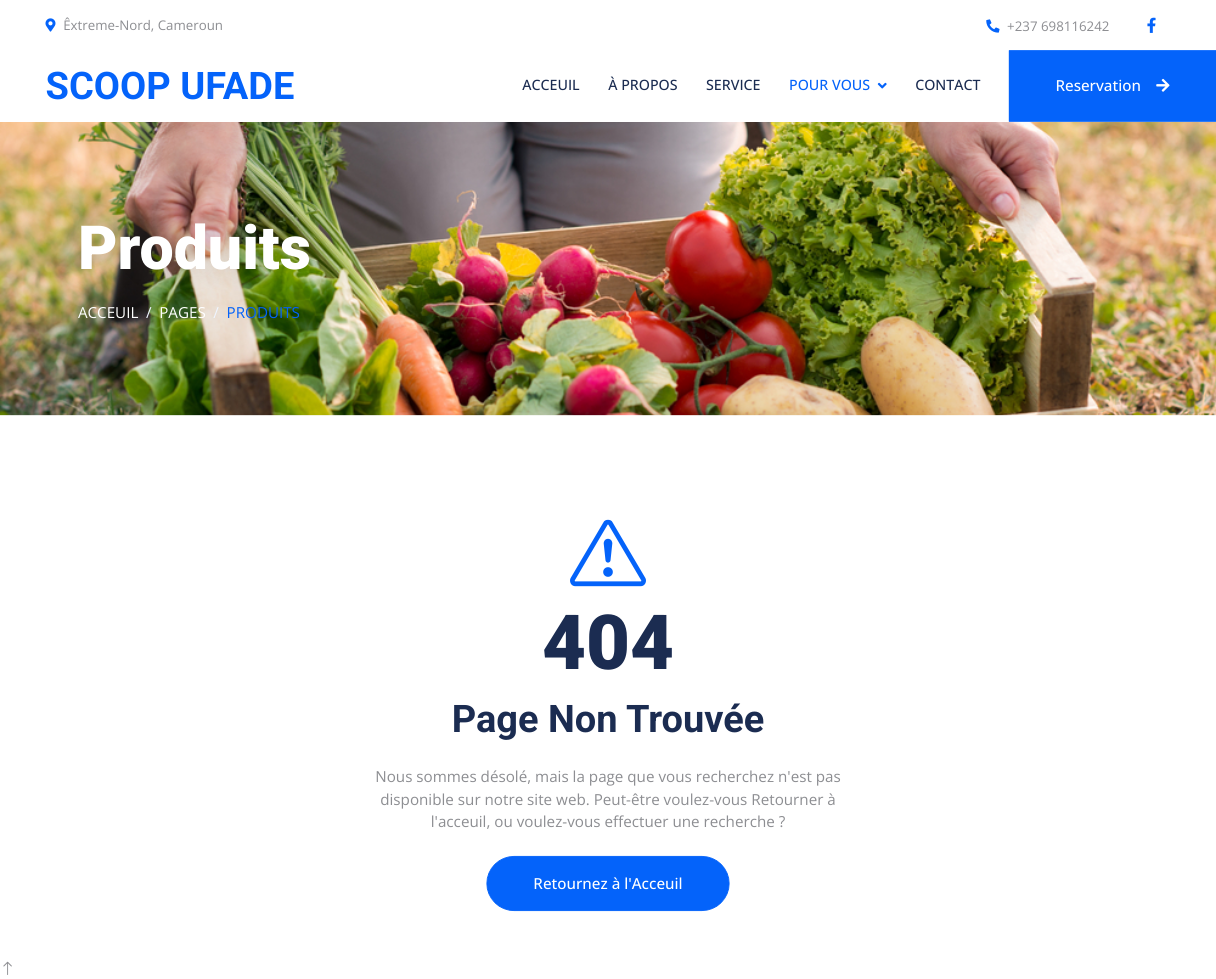
Repository: ryantido/scoop-ufade
Page: 404.html
These files come from the project's save history. The page is drawn as it stood at one moment and after a run of saves; the edit follows.
The browser window is 1280 px wide. The pictures show the whole page, at 95% of full size.
Some web libraries are served in a nearby version.

Above is the page before, as saved 2025-04-20 11:30:04.

### 404.html
<!DOCTYPE html>
<html lang="fr">

<head>
    <meta charset="utf-8">
    <title>SCOOP UFADE</title>
    <meta content="width=device-width, initial-scale=1.0" name="viewport">
    <meta content="" name="keywords">
    <meta content="" name="description">

    <link href="img/favicon.ico" rel="icon">

    <link rel="preconnect" href="https://fonts.googleapis.com">
    <link rel="preconnect" href="https://fonts.gstatic.com" crossorigin>
    <link href="https://fonts.googleapis.com/css2?family=Open+Sans:wght@400;500&family=Roboto:wght@500;700;900&display=swap" rel="stylesheet">

    <link href="https://cdnjs.cloudflare.com/ajax/libs/font-awesome/5.10.0/css/all.min.css" rel="stylesheet">
    <link href="https://cdn.jsdelivr.net/npm/bootstrap-icons@1.4.1/font/bootstrap-icons.css" rel="stylesheet">

    <link href="lib/animate/animate.min.css" rel="stylesheet">
    <link href="lib/owlcarousel/assets/owl.carousel.min.css" rel="stylesheet">
    <link href="lib/tempusdominus/css/tempusdominus-bootstrap-4.min.css" rel="stylesheet" />

    <link href="css/bootstrap.min.css" rel="stylesheet">

    <link href="css/style.css" rel="stylesheet">
</head>

<body>
    <div id="spinner" class="show bg-white position-fixed translate-middle w-100 vh-100 top-50 start-50 d-flex align-items-center justify-content-center">
        <div class="spinner-grow text-primary" style="width: 3rem; height: 3rem;" role="status">
            <span class="sr-only">Loading...</span>
        </div>
    </div

    <div class="container-fluid bg-light p-0 wow fadeIn" data-wow-delay="0.1s">
        <div class="row gx-0 d-none d-lg-flex">
            <div class="col-lg-7 px-5 text-start">
                <div class="h-100 d-inline-flex align-items-center py-3 me-4">
                    <small class="fa fa-map-marker-alt text-primary me-2"></small>
                    <small>&Ecirc;xtreme-Nord, Cameroun</small>
                </div>
            </div>
            <div class="col-lg-5 px-5 text-end">
                <div class="h-100 d-inline-flex align-items-center py-3 me-4">
                    <small class="fa fa-phone-alt text-primary me-2"></small>
                    <small>+237 698116242</small>
                </div>
                <div class="h-100 d-inline-flex align-items-center">
                    <a class="btn btn-sm-square rounded-circle bg-white text-primary me-1" href="https://m.facebook.com/profile.php/?id=100088216677856&name=xhp_nt__fb__action__open_user"><i class="fab fa-facebook-f"></i></a>
                </div>
            </div>
        </div>
    </div>

    <nav class="navbar navbar-expand-lg bg-white navbar-light sticky-top p-0 wow fadeIn" data-wow-delay="0.1s">
        <a href="index.html" class="navbar-brand d-flex align-items-center px-4 px-lg-5">
            <h1 class="m-0 text-primary">SCOOP UFADE</h1>
        </a>
        <button type="button" class="navbar-toggler me-4" data-bs-toggle="collapse" data-bs-target="#navbarCollapse">
            <span class="navbar-toggler-icon"></span>
        </button>
        <div class="collapse navbar-collapse" id="navbarCollapse">
            <div class="navbar-nav ms-auto p-4 p-lg-0">
                <a href="index.html" class="nav-item nav-link">Acceuil</a>
                <a href="about.html" class="nav-item nav-link">&Agrave; propos</a>
                <a href="service.html" class="nav-item nav-link">Service</a>
                <div class="nav-item dropdown">
                    <a href="#" class="nav-link dropdown-toggle active" data-bs-toggle="dropdown">Pour Vous</a>
                    <div class="dropdown-menu rounded-0 rounded-bottom m-0">
                        <a href="404.html" class="dropdown-item">Produits</a>
                        <a href="appointment.html" class="dropdown-item">Reservation</a>
                    </div>
                </div>
                <a href="contact.html" class="nav-item nav-link">Contact</a>
            </div>
            <a href="" class="btn btn-primary rounded-0 py-4 px-lg-5 d-none d-lg-block">Reservation<i class="fa fa-arrow-right ms-3"></i></a>
        </div>
    </nav>

    <div class="container-fluid page-header py-5 mb-5 wow fadeIn" data-wow-delay="0.1s">
        <div class="container py-5">
            <h1 class="display-3 text-white mb-3 animated slideInDown"><!--Erreur 404-->Produits</h1>
            <nav aria-label="breadcrumb animated slideInDown">
                <ol class="breadcrumb text-uppercase mb-0">
                    <li class="breadcrumb-item"><a class="text-white" href="index.html">Acceuil</a></li>
                    <li class="breadcrumb-item"><a class="text-white" href="#">Pages</a></li>
                    <li class="breadcrumb-item text-primary active" aria-current="page"><!--Erreur 404-->Produits</li>
                </ol>
            </nav>
        </div>
    </div>

    <div class="container-xxl py-5 wow fadeInUp" data-wow-delay="0.1s">
        <div class="container text-center">
            <div class="row justify-content-center">
                <div class="col-lg-6">
                    <i class="bi bi-exclamation-triangle display-1 text-primary"></i>
                    <h1 class="display-1">404</h1>
                    <h1 class="mb-4">Page Non Trouv&eacute;e</h1>
                    <p class="mb-4">
                        Nous sommes d&eacute;sol&eacute;, mais la page que vous recherchez n'est pas disponible sur notre site web. Peut-&ecirc;tre
                        voulez-vous Retourner &agrave; l'acceuil, ou voulez-vous effectuer une recherche ?
                    </p>
                    <a class="btn btn-primary rounded-pill py-3 px-5" href="index.html">Retournez &agrave; l'Acceuil</a>
                </div>
            </div>
        </div>
    </div



    <a href="#" class="btn btn-lg btn-primary btn-lg-square rounded-circle back-to-top"><i class="bi bi-arrow-up"></i></a>

    <script src="https://code.jquery.com/jquery-3.4.1.min.js"></script>
    <script src="https://cdn.jsdelivr.net/npm/bootstrap@5.0.0/dist/js/bootstrap.bundle.min.js"></script>
    <script src="lib/wow/wow.min.js"></script>
    <script src="lib/easing/easing.min.js"></script>
    <script src="lib/waypoints/waypoints.min.js"></script>
    <script src="lib/counterup/counterup.min.js"></script>
    <script src="lib/owlcarousel/owl.carousel.min.js"></script>
    <script src="lib/tempusdominus/js/moment.min.js"></script>
    <script src="lib/tempusdominus/js/moment-timezone.min.js"></script>
    <script src="lib/tempusdominus/js/tempusdominus-bootstrap-4.min.js"></script>

    <script src="js/main.js"></script>
</body>

</html>

### css/style.css

:root {
    --primary: #0463FA;
    --light: #EFF5FF;
    --dark: #1B2C51;
}

.fw-medium {
    font-weight: 500 !important;
}

.fw-bold {
    font-weight: 700 !important;
}

.fw-black {
    font-weight: 900 !important;
}

.back-to-top {
    position: fixed;
    display: none;
    right: 45px;
    bottom: 45px;
    z-index: 99;
}

#spinner {
    opacity: 0;
    visibility: hidden;
    transition: opacity .5s ease-out, visibility 0s linear .5s;
    z-index: 99999;
}

#spinner.show {
    transition: opacity .5s ease-out, visibility 0s linear 0s;
    visibility: visible;
    opacity: 1;
}



.btn {
    font-weight: 500;
    transition: .5s;
}

.btn.btn-primary,
.btn.btn-secondary {
    color: #FFFFFF;
}

.btn-square {
    width: 38px;
    height: 38px;
}

.btn-sm-square {
    width: 32px;
    height: 32px;
}

.btn-lg-square {
    width: 48px;
    height: 48px;
}

.btn-square,
.btn-sm-square,
.btn-lg-square {
    padding: 0;
    display: flex;
    align-items: center;
    justify-content: center;
    font-weight: normal;
}


.navbar .dropdown-toggle::after {
    border: none;
    content: "\f107";
    font-family: "Font Awesome 5 Free";
    font-weight: 900;
    vertical-align: middle;
    margin-left: 8px;
}

.navbar .navbar-nav .nav-link {
    margin-right: 30px;
    padding: 25px 0;
    color: #FFFFFF;
    font-size: 15px;
    font-weight: 500;
    text-transform: uppercase;
    outline: none;
}

.navbar .navbar-nav .nav-link:hover,
.navbar .navbar-nav .nav-link.active {
    color: var(--primary);
}

@media (max-width: 991.98px) {
    .navbar .navbar-nav .nav-link  {
        margin-right: 0;
        padding: 10px 0;
    }

    .navbar .navbar-nav {
        border-top: 1px solid #EEEEEE;
    }
}

.navbar .navbar-brand,
.navbar a.btn {
    height: 75px;
}

.navbar .navbar-nav .nav-link {
    color: var(--dark);
    font-weight: 500;
}

.navbar.sticky-top {
    top: -100px;
    transition: .5s;
}

@media (min-width: 992px) {
    .navbar .nav-item .dropdown-menu {
        display: block;
        border: none;
        margin-top: 0;
        top: 150%;
        opacity: 0;
        visibility: hidden;
        transition: .5s;
    }

    .navbar .nav-item:hover .dropdown-menu {
        top: 100%;
        visibility: visible;
        transition: .5s;
        opacity: 1;
    }
}

.header-carousel .owl-carousel-text {
    position: absolute;
    width: 100%;
    height: 100%;
    padding: 3rem;
    top: 0;
    left: 0;
    display: flex;
    align-items: center;
    justify-content: center;
    text-shadow: 0 0 30px rgba(0, 0, 0, .1);
}

.header-carousel .owl-nav {
    position: absolute;
    width: 200px;
    height: 45px;
    bottom: 30px;
    left: 50%;
    transform: translateX(-50%);
    display: flex;
    justify-content: space-between;
}

.header-carousel .owl-nav .owl-prev,
.header-carousel .owl-nav .owl-next {
    width: 45px;
    height: 45px;
    display: flex;
    align-items: center;
    justify-content: center;
    color: #FFFFFF;
    background: transparent;
    border: 1px solid #FFFFFF;
    border-radius: 45px;
    font-size: 22px;
    transition: .5s;
}

.header-carousel .owl-nav .owl-prev:hover,
.header-carousel .owl-nav .owl-next:hover {
    background: var(--primary);
    border-color: var(--primary);
}

.header-carousel .owl-dots {
    position: absolute;
    height: 45px;
    bottom: 30px;
    left: 50%;
    transform: translateX(-50%);
    display: flex;
    align-items: center;
    justify-content: center;
}

.header-carousel .owl-dot {
    position: relative;
    display: inline-block;
    margin: 0 5px;
    width: 15px;
    height: 15px;
    background: transparent;
    border: 1px solid #FFFFFF;
    border-radius: 15px;
    transition: .5s;
}

.header-carousel .owl-dot::after {
    position: absolute;
    content: "";
    width: 5px;
    height: 5px;
    top: 4px;
    left: 4px;
    background: #FFFFFF;
    border-radius: 5px;
}

.header-carousel .owl-dot.active {
    background: var(--primary);
    border-color: var(--primary);
}

.page-header {
    background: url("../img/agro.jpg")  center no-repeat;
    background-size: cover;
    text-shadow: 0 0 30px rgba(0, 0, 0, .1);
}

.page-header2 {
    background: url("../img/props1.jpg")  center no-repeat ;
    background-size: cover;
    text-shadow: 0 0 30px rgba(0, 0, 0, .1);
}

.page-header3 {
    background: url("../img/services1.jpg")  center no-repeat;
    background-size: cover;
    text-shadow: 0 0 30px rgba(0, 0, 0, .1);
}

.page-header4 {
    background: url("../img/contact.jpg")  center no-repeat;
    background-size: cover;
    text-shadow: 0 0 30px rgba(0, 0, 0, .1);
}

.breadcrumb-item + .breadcrumb-item::before {
    color: var(--light);
}

.service-item {
    transition: .5s;
}

.service-item:hover {
    margin-top: -10px;
    box-shadow: 0 .5rem 1.5rem rgba(0, 0, 0, .08);
}

.service-item .btn {
    width: 40px;
    height: 40px;
    display: inline-flex;
    align-items: center;
    background: #FFFFFF;
    border-radius: 40px;
    white-space: nowrap;
    overflow: hidden;
    transition: .5s;
}

.service-item:hover .btn {
    width: 140px;
}

.bootstrap-datetimepicker-widget.bottom {
    top: auto !important;
}

.bootstrap-datetimepicker-widget .table * {
    border-bottom-width: 0px;
}

.bootstrap-datetimepicker-widget .table th {
    font-weight: 500;
}

.bootstrap-datetimepicker-widget.dropdown-menu {
    padding: 10px;
    border-radius: 2px;
}

.bootstrap-datetimepicker-widget table td.active,
.bootstrap-datetimepicker-widget table td.active:hover {
    background: var(--primary);
}

.bootstrap-datetimepicker-widget table td.today::before {
    border-bottom-color: var(--primary);
}

.testimonial-carousel::before {
    position: absolute;
    content: "";
    top: 0;
    left: 0;
    height: 100%;
    width: 0;
    background: linear-gradient(to right, rgba(255, 255, 255, 1) 0%, rgba(255, 255, 255, 0) 100%);
    z-index: 1;
}

.testimonial-carousel::after {
    position: absolute;
    content: "";
    top: 0;
    right: 0;
    height: 100%;
    width: 0;
    background: linear-gradient(to left, rgba(255, 255, 255, 1) 0%, rgba(255, 255, 255, 0) 100%);
    z-index: 1;
}

@media (min-width: 768px) {
    .testimonial-carousel::before,
    .testimonial-carousel::after {
        width: 200px;
    }
}

@media (min-width: 992px) {
    .testimonial-carousel::before,
    .testimonial-carousel::after {
        width: 300px;
    }
}

.testimonial-carousel .owl-item .testimonial-text {
    background: var(--light);
    transform: scale(.8);
    transition: .5s;
}

.testimonial-carousel .owl-item.center .testimonial-text {
    background: var(--primary);
    transform: scale(1);
}

.testimonial-carousel .owl-item .testimonial-text *,
.testimonial-carousel .owl-item .testimonial-item img {
    transition: .5s;
}

.testimonial-carousel .owl-item.center .testimonial-text * {
    color: var(--light) !important;
}

.testimonial-carousel .owl-item.center .testimonial-item img {
    background: var(--primary) !important;
}

.testimonial-carousel .owl-nav {
    position: absolute;
    width: 350px;
    top: 15px;
    left: 50%;
    transform: translateX(-50%);
    display: flex;
    justify-content: space-between;
    opacity: 0;
    transition: .5s;
    z-index: 1;
}

.testimonial-carousel:hover .owl-nav {
    width: 300px;
    opacity: 1;
}

.testimonial-carousel .owl-nav .owl-prev,
.testimonial-carousel .owl-nav .owl-next {
    position: relative;
    color: var(--primary);
    font-size: 45px;
    transition: .5s;
}

.testimonial-carousel .owl-nav .owl-prev:hover,
.testimonial-carousel .owl-nav .owl-next:hover {
    color: var(--dark);
}

.footer .btn.btn-social {
    margin-right: 5px;
    width: 35px;
    height: 35px;
    display: flex;
    align-items: center;
    justify-content: center;
    color: var(--light);
    border: 1px solid #FFFFFF;
    transition: .3s;
}

.footer .btn.btn-social:hover {
    color: var(--primary);
}

.footer .btn.btn-link {
    display: block;
    margin-bottom: 5px;
    padding: 0;
    text-align: left;
    color: #FFFFFF;
    font-size: 15px;
    font-weight: normal;
    text-transform: capitalize;
    transition: .3s;
}

.footer .btn.btn-link::before {
    position: relative;
    content: "\f105";
    font-family: "Font Awesome 5 Free";
    font-weight: 900;
    margin-right: 10px;
}

.footer .btn.btn-link:hover {
    color: var(--primary);
    letter-spacing: 1px;
    box-shadow: none;
}

.footer .copyright {
    padding: 25px 0;
    font-size: 15px;
    border-top: 1px solid rgba(256, 256, 256, .1);
}

.footer .copyright a {
    color: var(--light);
}

.footer .copyright a:hover {
    color: var(--primary);
}

### lib/counterup/counterup.min.js
/*!
 * jquery.counterup.js 2.1.Feb 24, 2017
 */
 (function($){"use strict";$.fn.counterUp=function(options){var settings=$.extend({time:400,delay:10,offset:100,beginAt:0,formatter:false,context:"window",callback:function(){}},options),s;return this.each(function(){var $this=$(this),counter={time:$(this).data("counterup-time")||settings.time,delay:$(this).data("counterup-delay")||settings.delay,offset:$(this).data("counterup-offset")||settings.offset,beginAt:$(this).data("counterup-beginat")||settings.beginAt,context:$(this).data("counterup-context")||settings.context};var counterUpper=function(){var nums=[];var divisions=counter.time/counter.delay;var num=$(this).attr("data-num")?$(this).attr("data-num"):$this.text();var isComma=/[0-9]+,[0-9]+/.test(num);num=num.replace(/,/g,"");var decimalPlaces=(num.split(".")[1]||[]).length;if(counter.beginAt>num)counter.beginAt=num;var isTime=/[0-9]+:[0-9]+:[0-9]+/.test(num);if(isTime){var times=num.split(":"),m=1;s=0;while(times.length>0){s+=m*parseInt(times.pop(),10);m*=60}}for(var i=divisions;i>=counter.beginAt/num*divisions;i--){var newNum=parseFloat(num/divisions*i).toFixed(decimalPlaces);if(isTime){newNum=parseInt(s/divisions*i);var hours=parseInt(newNum/3600)%24;var minutes=parseInt(newNum/60)%60;var seconds=parseInt(newNum%60,10);newNum=(hours<10?"0"+hours:hours)+":"+(minutes<10?"0"+minutes:minutes)+":"+(seconds<10?"0"+seconds:seconds)}if(isComma){while(/(\d+)(\d{3})/.test(newNum.toString())){newNum=newNum.toString().replace(/(\d+)(\d{3})/,"$1"+","+"$2")}}if(settings.formatter){newNum=settings.formatter.call(this,newNum)}nums.unshift(newNum)}$this.data("counterup-nums",nums);$this.text(counter.beginAt);var f=function(){if(!$this.data("counterup-nums")){settings.callback.call(this);return}$this.html($this.data("counterup-nums").shift());if($this.data("counterup-nums").length){setTimeout($this.data("counterup-func"),counter.delay)}else{$this.data("counterup-nums",null);$this.data("counterup-func",null);settings.callback.call(this)}};$this.data("counterup-func",f);setTimeout($this.data("counterup-func"),counter.delay)};$this.waypoint(function(direction){counterUpper();this.destroy()},{offset:counter.offset+"%",context:counter.context})})}})(jQuery);

### js/main.js
(function ($) {
    "use strict";

    // Spinner
    var spinner = function () {
        setTimeout(function () {
            if ($('#spinner').length > 0) {
                $('#spinner').removeClass('show');
            }
        }, 1);
    };
    spinner();


    // Initiate the wowjs
    new WOW().init();


    // Sticky Navbar
    $(window).scroll(function () {
        if ($(this).scrollTop() > 300) {
            $('.sticky-top').addClass('shadow-sm').css('top', '0px');
        } else {
            $('.sticky-top').removeClass('shadow-sm').css('top', '-100px');
        }
    });


    // Back to top button
    $(window).scroll(function () {
        if ($(this).scrollTop() > 300) {
            $('.back-to-top').fadeIn('slow');
        } else {
            $('.back-to-top').fadeOut('slow');
        }
    });
    $('.back-to-top').click(function () {
        $('html, body').animate({scrollTop: 0}, 1500, 'easeInOutExpo');
        return false;
    });


    // Facts counter
    $('[data-toggle="counter-up"]').counterUp({
        delay: 10,
        time: 2000
    });


    // Date and time picker
    $('.date').datetimepicker({
        format: 'L'
    });
    $('.time').datetimepicker({
        format: 'LT'
    });


    // Header carousel
    $(".header-carousel").owlCarousel({
        autoplay: false,
        animateOut: 'fadeOutLeft',
        items: 1,
        dots: true,
        loop: true,
        nav : true,
        navText : [
            '<i class="bi bi-chevron-left"></i>',
            '<i class="bi bi-chevron-right"></i>'
        ]
    });


    // Testimonials carousel
    $(".testimonial-carousel").owlCarousel({
        autoplay: false,
        smartSpeed: 1000,
        center: true,
        dots: false,
        loop: true,
        nav : true,
        navText : [
            '<i class="bi bi-arrow-left"></i>',
            '<i class="bi bi-arrow-right"></i>'
        ],
        responsive: {
            0:{
                items:1
            },
            768:{
                items:2
            }
        }
    });


})(jQuery);

Loaded but not shown: lib/animate/animate.min.css (library); lib/owlcarousel/assets/owl.carousel.min.css (common file); lib/tempusdominus/css/tempusdominus-bootstrap-4.min.css (library); css/bootstrap.min.css (library); lib/wow/wow.min.js (library); lib/easing/easing.min.js (common file); lib/waypoints/waypoints.min.js (library); lib/owlcarousel/owl.carousel.min.js (library); lib/tempusdominus/js/moment.min.js (library); lib/tempusdominus/js/moment-timezone.min.js (library); lib/tempusdominus/js/tempusdominus-bootstrap-4.min.js (library)

After the next 2 saves:
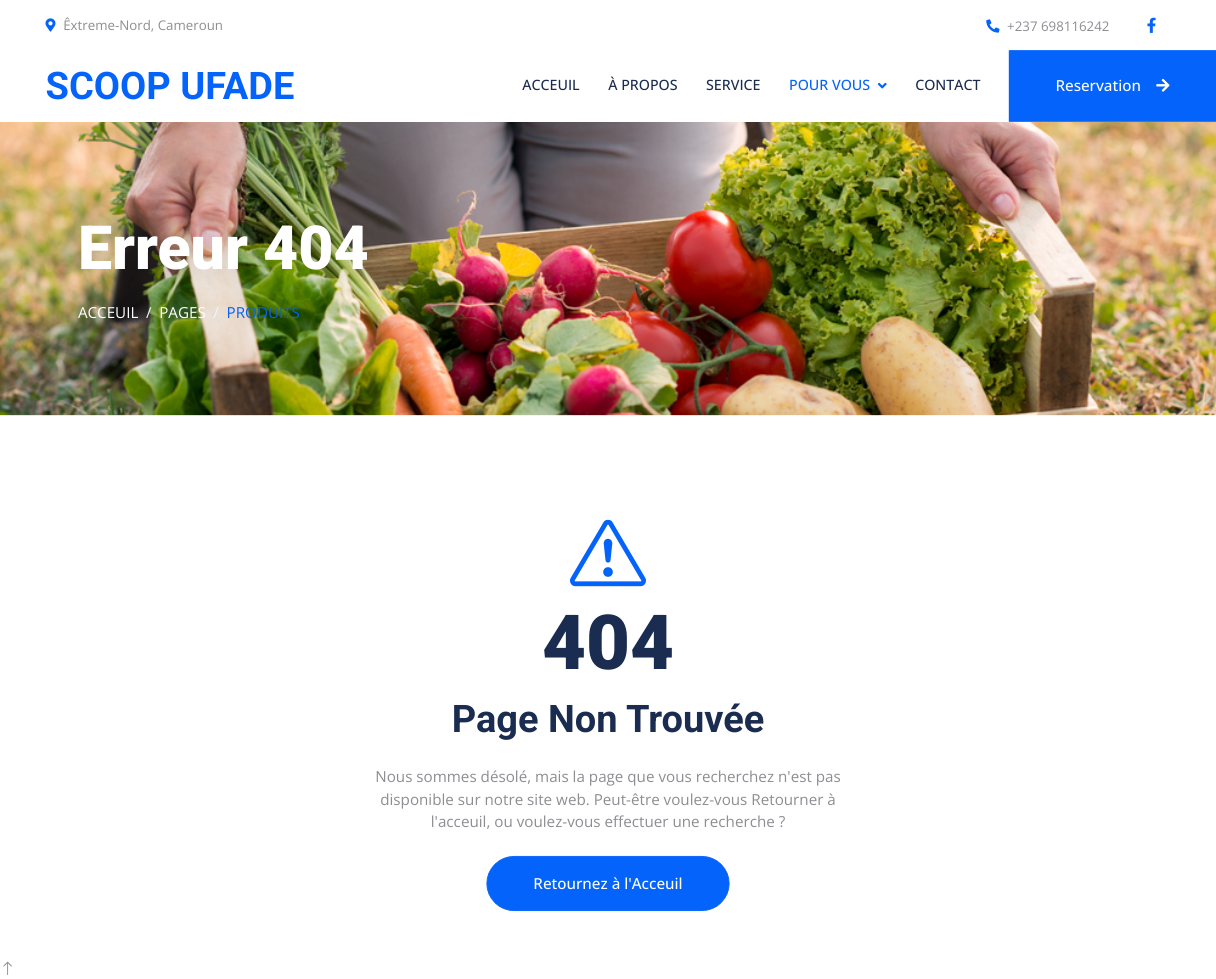
The 2 saves are shown as one change because they came seconds apart.
The last was saved 52 s later.
--- a/404.html
+++ b/404.html
@@ -80,7 +80,7 @@
 
     <div class="container-fluid page-header py-5 mb-5 wow fadeIn" data-wow-delay="0.1s">
         <div class="container py-5">
-            <h1 class="display-3 text-white mb-3 animated slideInDown"><!--Erreur 404-->Produits</h1>
+            <h1 class="display-3 text-white mb-3 animated slideInDown">Erreur 404</h1>
             <nav aria-label="breadcrumb animated slideInDown">
                 <ol class="breadcrumb text-uppercase mb-0">
                     <li class="breadcrumb-item"><a class="text-white" href="index.html">Acceuil</a></li>
